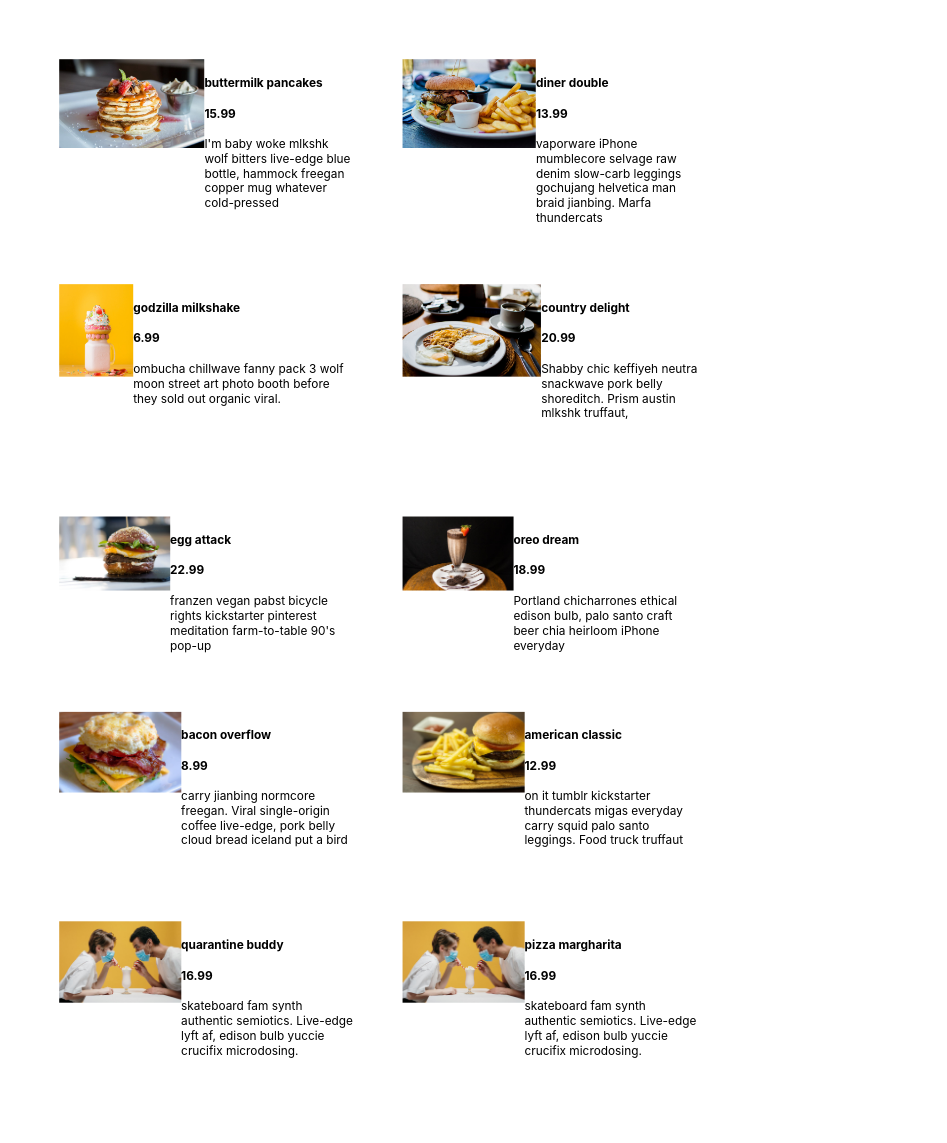
Repository: gligor99/menu-ts-react
Page: /
An editor plug-in stored every save of this project. The page is shown before and after the next save, followed by the edit.
The browser window is 1280 px wide. The pictures show the whole page, at 74% of full size.
The project was rebuilt for these pictures with package versions that can differ from the ones it lists, and the page was loaded fresh each time.

Above is the page before, as saved 2021-11-24 23:01:12.

After the next save:
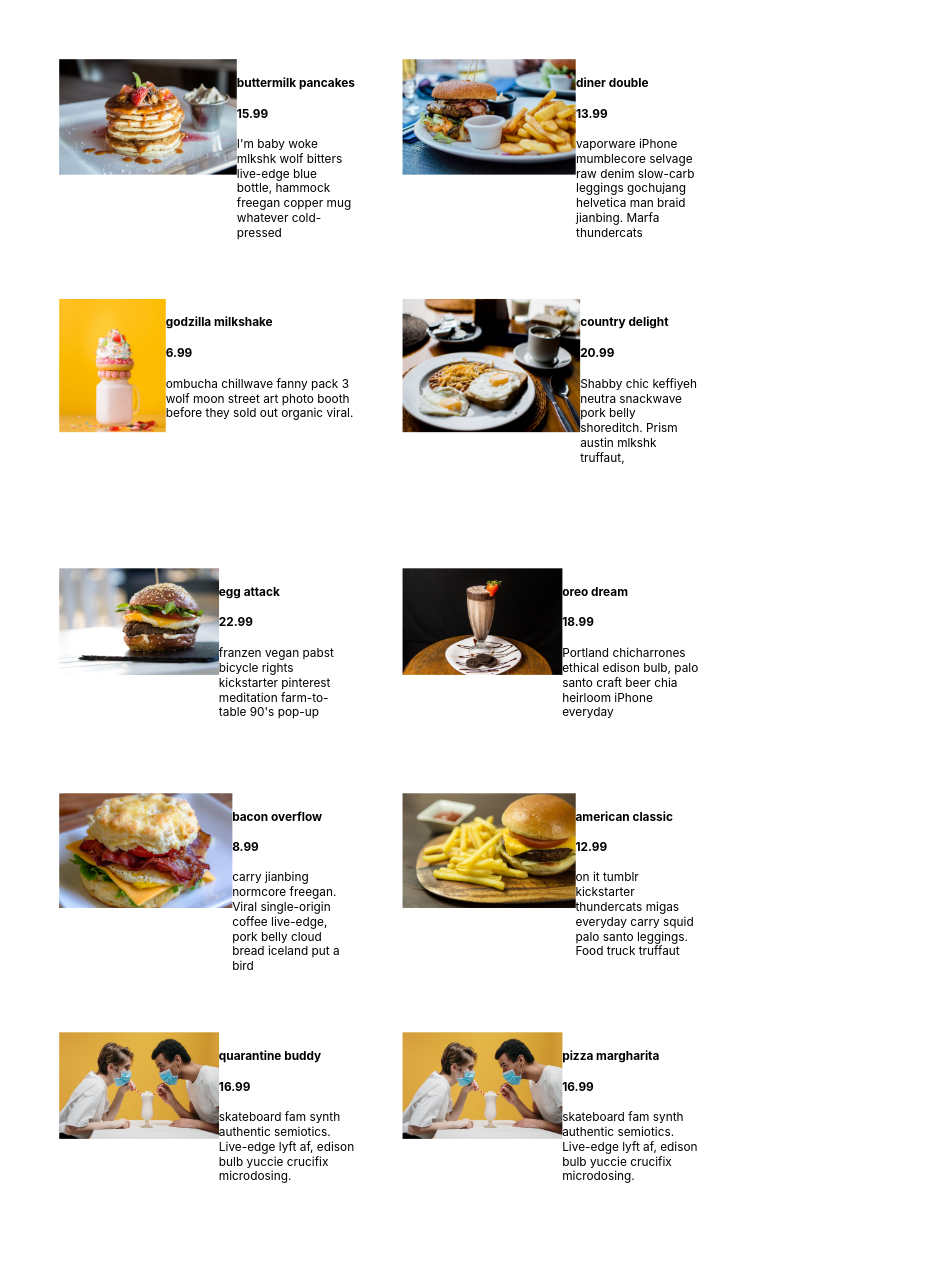
Saved 6 s later.
--- a/src/index.css
+++ b/src/index.css
@@ -29,6 +29,6 @@ code {
 
 
 img{
-  height: 50%;
-  width: 50%;
+  height: 60%;
+  width: 60%;
 }
